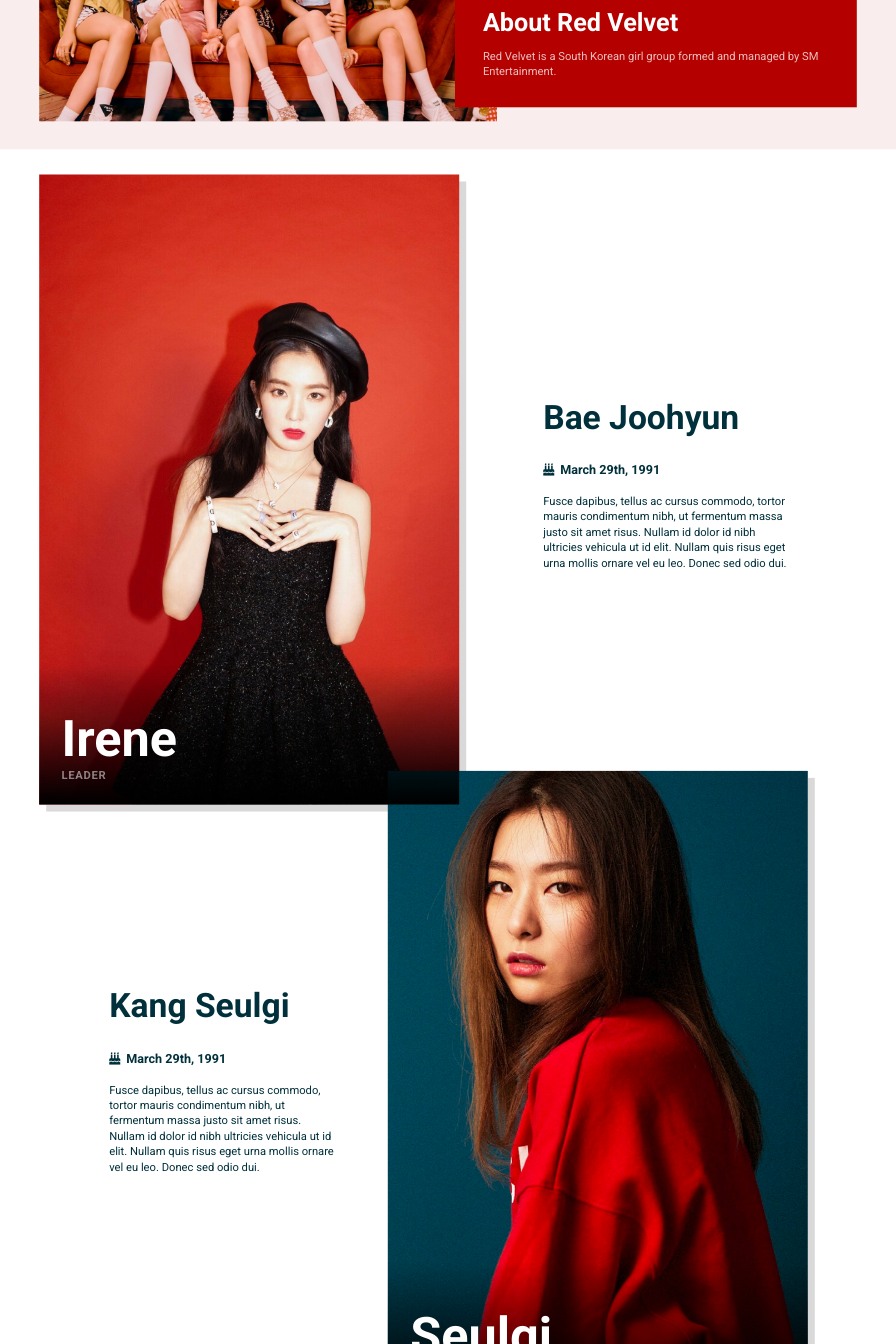
Repository: stillnotdavid/eternity-university
Page: app/index.html
These files come from the project's save history. The page is drawn as it stood at one moment and after the next save; the edit follows.
The browser window is 1280 px wide. The pictures show the part of the page from y = 925 to 2845 px (the page is 4667 px tall before and 3267 px after), at 70% of full size.
The style sheet was rebuilt from its Sass, Less or Tailwind sources for each picture, by a compiler version that may differ from the author's.

Above is the page before, as saved 2021-12-05 21:30:59.

### app/index.html
<!doctype html>
<html class="no-js" lang="">

<head>
  <meta charset="utf-8">
  <meta name="description" content="">

  <meta name="viewport" content="width=device-width, initial-scale=1, shrink-to-fit=no">
  <title>Red Velvet Fansite</title>
  <link rel="apple-touch-icon" href="apple-touch-icon.png">
  <link rel="stylesheet" href="https://use.fontawesome.com/releases/v5.15.4/css/all.css"
    integrity="sha384-DyZ88mC6Up2uqS4h/KRgHuoeGwBcD4Ng9SiP4dIRy0EXTlnuz47vAwmeGwVChigm" crossorigin="anonymous">
  <!-- Place favicon.ico in the root directory -->
  <!-- build:css styles/vendor.css -->
  <!-- endbuild -->
  <!-- build:css styles/main.css -->
  <link rel="stylesheet" href="styles/main.css">
  <!-- endbuild -->
  <!-- build:js scripts/modernizr.js -->
  <script src="scripts/modernizr.js"></script>
  <!-- endbuild -->
</head>

<body>
  <!--[if IE]>
      <p class="browserupgrade">You are using an <strong>outdated</strong> browser. Please <a href="http://browsehappy.com/">upgrade your browser</a> to improve your experience.</p>
    <![endif]-->
  <header class="header">
    <div class="container header__container">
      <a class="header__logo" href="#"><img class="header__logo-image" src="images/logo.png"
          alt="Red Velvet Logo" /></a>
      <nav class="header__nav">
        <ul class="header__nav-links">
          <li class="header__nav-item">
            <a class="header__nav-link header__nav-link--active" href="">Home</a>
          </li>
          <li class="header__nav-item">
            <a class="header__nav-link" href="">About</a>
          </li>
          <li class="header__nav-item">
            <a class="header__nav-link" href="">Members</a>
          </li>
          <li class="header__nav-item">
            <a class="header__nav-link" href="">Contact</a>
          </li>
        </ul>
      </nav>
    </div>
  </header>
  <section class="hero">
    <div class="container--half">
      <div class="hero__cta">
        <h1>Do you believe in Irene Supremacy?</h1>
        <p>Cras mattis consectetur purus sit amet fermentum. Praesent commodo cursus magna,
          vel scelerisque nisl
          consectetur et.</p>
        <a class="button-primary" href="">Subscribe Now</a>
      </div>
    </div>
    <div class="hero__image">
    </div>
  </section>
  <section class="trivia">
    <div class="container trivia__container">
      <div class="trivia__title">Did you know?</div>
      <p class="no-margin--bottom">Red Velvet originally debuted as four members. Yeri joined the group in March 2015,
        following the release of
        their first mini album, Ice Cream Cake.</p>
    </div>
  </section>
  <section class="about">
    <div class="container about__container">
      <img class="about__image" src="images/group.png" alt="Red Velvet Sitting!">
      <div class="about__text">
        <h2>About Red Velvet</h2>
        <p class="light">Red Velvet is a South Korean girl group formed and managed by SM Entertainment.</p>
      </div>
    </div>
  </section>
  <section class="members">
    <div class="container members__container">
      <div class="member margin-top--none">
        <div class="member__photo">
          <div class="member__photo-image member__irene">
            <div class="member__name">Irene</div>
            <div class="member__position">Leader</div>
          </div>
        </div>
        <div class="member__info">
          <h3>Bae Joohyun</h3>
          <h4 class="member__info-birthdate">
            <i class="fas fa-birthday-cake margin-right--small"></i> March 29th, 1991
          </h4>
          <p class="member__info-description">Fusce dapibus, tellus ac cursus commodo, tortor mauris condimentum nibh,
            ut fermentum massa justo sit amet
            risus. Nullam id dolor id nibh ultricies vehicula ut id elit. Nullam quis risus eget urna mollis ornare vel
            eu
            leo. Donec sed odio dui.</p>
        </div>
      </div>
      <div class="member member--reverse">
        <div class="member__photo">
          <div class="member__photo-image member__seulgi">
            <div class="member__name">Seulgi</div>
            <div class="member__position">Main Dancer</div>
          </div>
        </div>
        <div class="member__info">
          <h3>Kang Seulgi</h3>
          <h4 class="member__info-birthdate">
            <i class="fas fa-birthday-cake margin-right--small"></i> March 29th, 1991
          </h4>
          <p class="member__info-description">Fusce dapibus, tellus ac cursus commodo, tortor mauris condimentum nibh,
            ut fermentum massa justo sit amet
            risus. Nullam id dolor id nibh ultricies vehicula ut id elit. Nullam quis risus eget urna mollis ornare vel
            eu
            leo. Donec sed odio dui.</p>
        </div>
      </div>
  </section>
  <section class="members background--gray">
    <div class="container members__container">
      <div class="member">
        <div class="member__photo">
          <div class="member__photo-image member__joy">
            <div class="member__name">Joy</div>
            <div class="member__position">Sub-Vocalist</div>
          </div>
        </div>
        <div class="member__info">
          <h3>Park Sooyoung</h3>
          <h4 class="member__info-birthdate">
            <i class="fas fa-birthday-cake margin-right--small"></i> March 29th, 1991
          </h4>
          <p class="member__info-description">Fusce dapibus, tellus ac cursus commodo, tortor mauris condimentum nibh,
            ut fermentum massa justo sit amet
            risus. Nullam id dolor id nibh ultricies vehicula ut id elit. Nullam quis risus eget urna mollis ornare
            vel
            eu
            leo. Donec sed odio dui.</p>
        </div>
      </div>
      <div class="member member--reverse">
        <div class="member__photo">
          <div class="member__photo-image member__wendy">
            <div class="member__name">Wendy</div>
            <div class="member__position"> Main Vocalist</div>
          </div>
        </div>
        <div class="member__info">
          <h3>Son Seungwan</h3>
          <h4 class="member__info-birthdate">
            <i class="fas fa-birthday-cake margin-right--small"></i> March 29th, 1991
          </h4>
          <p class="member__info-description">Fusce dapibus, tellus ac cursus commodo, tortor mauris condimentum nibh,
            ut fermentum massa justo sit amet
            risus. Nullam id dolor id nibh ultricies vehicula ut id elit. Nullam quis risus eget urna mollis ornare
            vel
            eu
            leo. Donec sed odio dui.</p>
        </div>
      </div>
    </div>
  </section>

  <!-- build:js scripts/vendor.js -->
  <!-- endbuild -->
  <!-- build:js scripts/main.js -->
  <script src="scripts/main.js"></script>
  <!-- endbuild -->
</body>

</html>

### app/styles/main.scss
@import 'partials/colors';
@import 'partials/spacing';
@import 'partials/typography';
@import 'partials/utilities';

@import 'components/button';
@import 'components/header';
@import 'components/hero';
@import 'components/trivia';
@import 'components/about';
@import 'components/members';


* {
  box-sizing: border-box;
}

html,
body {
  padding: 0;
  margin: 0;
}

.container {
  display: flex;
  width: 100%;
  max-width: 1200px;
  margin: 0 auto;
  padding: 0 $spacing-large;

  &--half {
    width: 100%;
    max-width: 600px;
    margin-left: auto;
    padding: 0 $spacing-xlarge;
  }
}

### app/styles/partials/_colors.scss
$color-primary: #B50000;
$color-secondary: #6F2F2F;
$color-tertiary: #00303B;

$background-primary: #F9EDED;
$background-gray: #f6f6f6;


$colors: ("primary": $color-primary,
  "secondary": $color-secondary,
  "gray": $background-gray);


@each $name,
$color in $colors {
  .background {

    &--#{$name} {
      background-color: #{$color};
    }
  }
}

@each $name,
$color in $colors {
  .color {

    &--#{$name} {
      color: #{$color} !important;
    }
  }
}

### app/styles/partials/_spacing.scss
$spacing-xsmall: 2px;
$spacing-small: 4px;
$spacing-medium: 8px;
$spacing-large: 16px;
$spacing-xlarge: 32px;

### app/styles/partials/_typography.scss
@import url('https://fonts.googleapis.com/css2?family=Roboto:wght@400;500;700&display=swap');


body,
html {
  font-family: 'Roboto', sans-serif;
}


$font-small: 14px;
$font-medium: 16px;
$font-large: 18px;
$font-xlarge: 24px;
$font-xxxlarge: 48px;

$font-regular: 400;
$font-bold: 700;


h1 {
  font-size: $font-xxxlarge;
  font-weight: $font-bold;
  color: $color-secondary;
  margin: $spacing-medium 0;
}

h2 {
  font-size: 36px;
  margin: 0;
}

h3 {
  font-size: 48px;
  margin: 0 0 36px 0;
  color: $color-tertiary;
}

h4 {
  font-size: $font-large;
  font-weight: $font-bold;
  color: $color-tertiary;
}

p {
  font-size: $font-medium;
  color: $color-secondary;
  line-height: 22px;

  &.light {
    color: rgba(255, 255, 255, .75);
  }
}

### app/styles/partials/_utilities.scss
$sides: top,
bottom,
left,
right;

@each $side in $sides {
  .no-margin {
    margin: 0;

    &--#{$side} {
      margin-#{$side}: 0;
    }
  }
}

@each $side in $sides {
  .no-padding {
    padding: 0;

    &--#{$side} {
      padding-#{$side}: 0;
    }
  }
}

$spacing: ("none": 0, "small": 4px, "medium": 8px, "large": 16px);

@each $side in $sides {
  .margin {

    &-#{$side} {

      @each $size,
      $value in $spacing {
        &--#{$size} {
          margin-#{$side}: $value !important;
        }
      }
    }
  }
}

### app/styles/components/_button.scss
.button-primary {
  display: inline-block;
  background-color: $color-primary;
  padding: 20px 40px;
  text-decoration: none;
  color: white;
  font-size: $font-medium;
  font-weight: $font-bold;
  text-transform: uppercase;
  letter-spacing: 1px;
  margin: $spacing-large 0;
}

### app/styles/components/_header.scss
$_logo-height: 50px;


.header {

  &__container {
    justify-content: space-between;
  }

  &__logo {
    display: flex;
    align-items: center;

    &-image {
      height: $_logo-height;
    }
  }

  &__nav {

    &-links {
      display: flex;
      list-style-type: none;
      padding: 0;
      margin: 0;
    }

    &-item {
      display: flex;
    }

    &-link {
      padding: 40px $spacing-large;
      text-decoration: none;
      color: $color-secondary;
      text-transform: uppercase;
      font-size: $font-small;
      font-weight: $font-bold;
      letter-spacing: 1px;
      border-top: 3px solid transparent;

      &:hover,
      &--active {
        color: $color-primary;
        border-top: 3px solid $color-primary;
      }
    }
  }
}

### app/styles/components/_hero.scss
$_hero-height: 450px;

.hero {
  height: $_hero-height;
  background: $background-primary;
  display: flex;

  &__container {
    align-items: center;
  }

  &__cta {
    flex: 0 0 50%;
    padding: 50px 100px 50px 0;
  }

  &__image {
    flex: 0 0 50%;
    height: 100%;
    background-image: url('../../images/hero.jpeg');
    background-size: cover;
    background-position: center center;
  }
}

### app/styles/components/_trivia.scss
.trivia {
  text-align: center;
  padding: $spacing-xlarge;

  &__container {
    flex-direction: column;
  }

  &__title {
    font-size: $font-xlarge;
    font-weight: $font-bold;
    color: $color-secondary;
  }
}

### app/styles/components/_about.scss
.about {
  background: $background-primary;
  padding: 40px 0;

  &__container {
    align-items: flex-end;
  }

  &__image {
    height: 380px;
  }

  &__text {
    background: $color-primary;
    color: white;
    padding: 40px;
    margin-left: -60px;
    margin-bottom: 20px;

    p {
      margin-bottom: 0;
    }
  }
}

### app/styles/components/_members.scss
.members {
  &__container {
    flex-direction: column;
  }
}

.member {
  display: flex;
  align-items: center;
  margin-top: -120px;

  &--reverse {
    flex-direction: row-reverse;

    .member__photo-image {
      margin-left: 70px;
    }

    .member__info {
      padding: 100px 0 100px 100px;
      flex-basis: 40%;
    }
  }

  &__photo {
    flex: 0 1 50%;
    display: flex;
    padding: 36px 0;

    &-image {
      height: 900px;
      width: 600px;
      background-size: cover;
      background-position: center center;
      margin-left: auto;
      margin-right: 70px;
      box-shadow: 10px 10px 0 rgba(0, 0, 0, .15);
      display: flex;
      padding: $spacing-xlarge;
      flex-direction: column;
      justify-content: flex-end;
      position: relative;

      &:before {
        background: linear-gradient(to top, black, transparent);
        height: 200px;
        width: 100%;
        position: absolute;
        content: '';
        bottom: 0;
        left: 0;
        z-index: 1;
      }
    }
  }

  &__info {
    flex: 0 1 50%;
    padding: 100px 100px 100px 50px;

    &-description {
      color: $color-tertiary;
    }
  }

  &__name {
    font-size: 72px;
    font-weight: $font-bold;
    color: white;
    z-index: 2;
  }

  &__position {
    font-size: $font-medium;
    font-weight: $font-bold;
    text-transform: uppercase;
    letter-spacing: 1px;
    color: rgba(255, 255, 255, .50);
    z-index: 2;
  }

  &__irene {
    background-image: url('../../images/member__irene.jpeg');
  }

  &__seulgi {
    background-image: url('../../images/member__seulgi.png');
  }

  &__joy {
    background-image: url('../../images/member__joy.jpeg');
  }

  &__wendy {
    background-image: url('../../images/member__wendy.png');
  }
}

Loaded but not shown: app/scripts/main.js (common file)

After the next save:
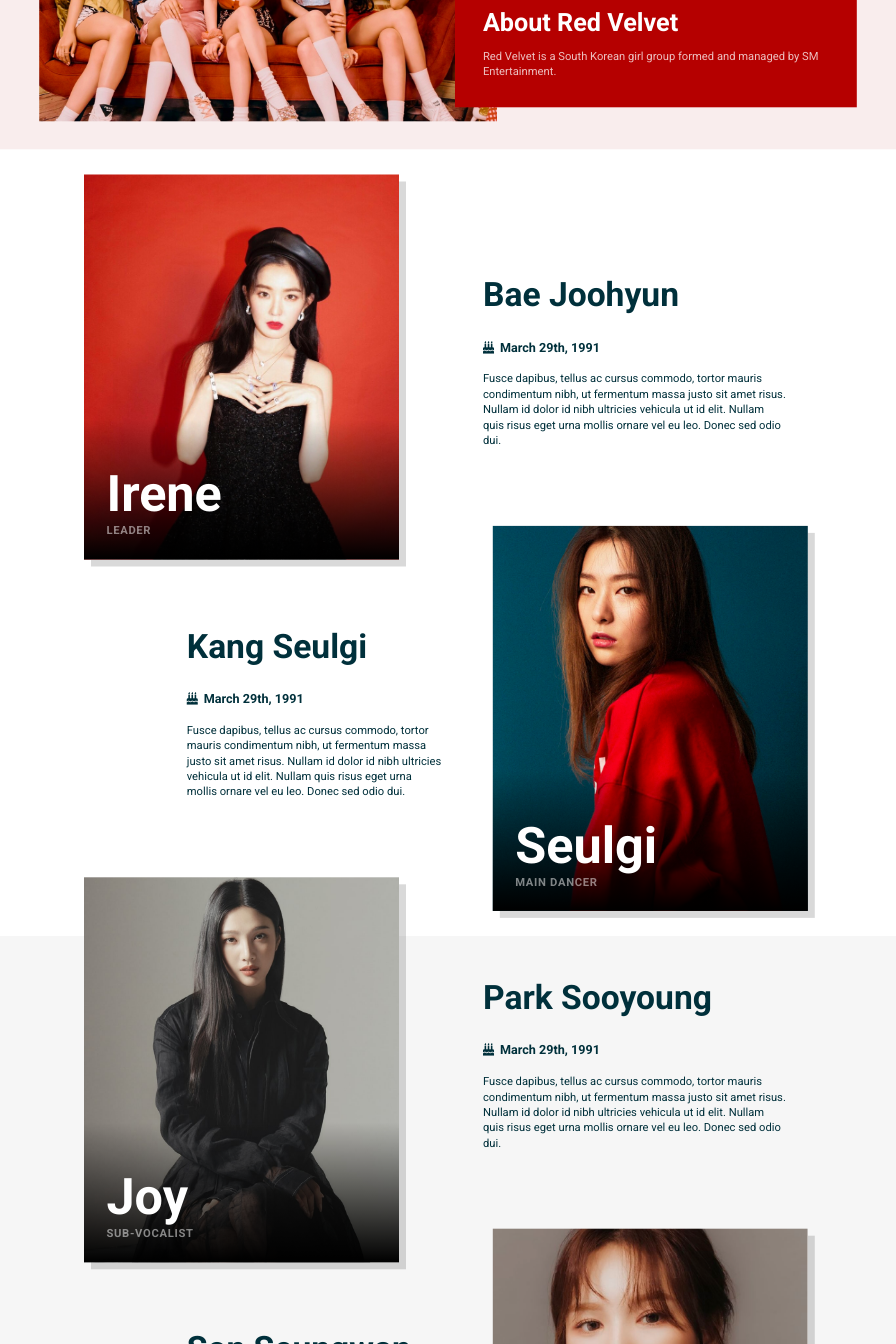
Saved 23 s later.
--- a/app/styles/components/_members.scss
+++ b/app/styles/components/_members.scss
@@ -28,8 +28,8 @@
     padding: 36px 0;
 
     &-image {
-      height: 900px;
-      width: 600px;
+      height: 550px;
+      width: 450px;
       background-size: cover;
       background-position: center center;
       margin-left: auto;
